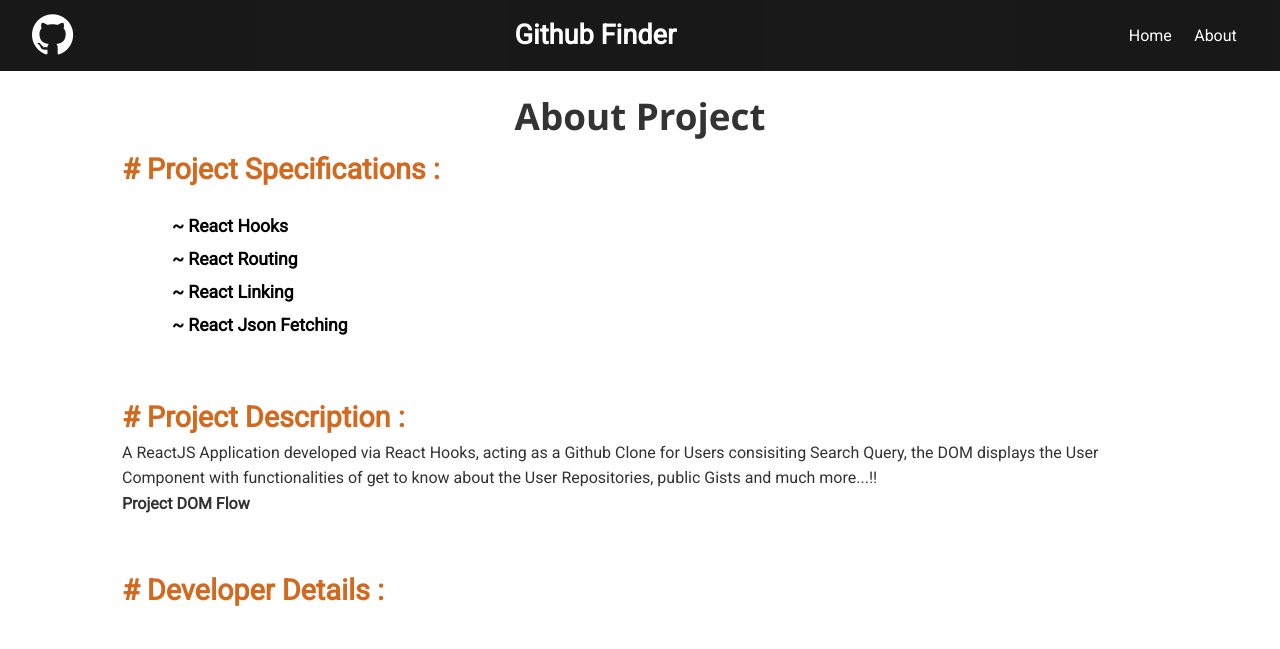
Repository: hemantsaini-7/ReactHooks-GitHub-Clone
Page: /about
An editor plug-in stored every save of this project. The page is shown before and after the next save, followed by the edit.
The browser window is 1280 px wide. The pictures show the whole page.
The project was rebuilt for these pictures with package versions that can differ from the ones it lists, and the page was loaded fresh each time. Also part of the build but not shown: src/components/users/UserItem.js, src/components/layout/Spinner.js, src/components/users/Users.js, src/components/repos/RepoItem.js, src/components/repos/Repos.js, src/components/users/User.js, src/components/users/Search.js, src/components/layout/Alert.js.

Above is the page before, as saved 2020-08-06 10:22:35.

After the next save:
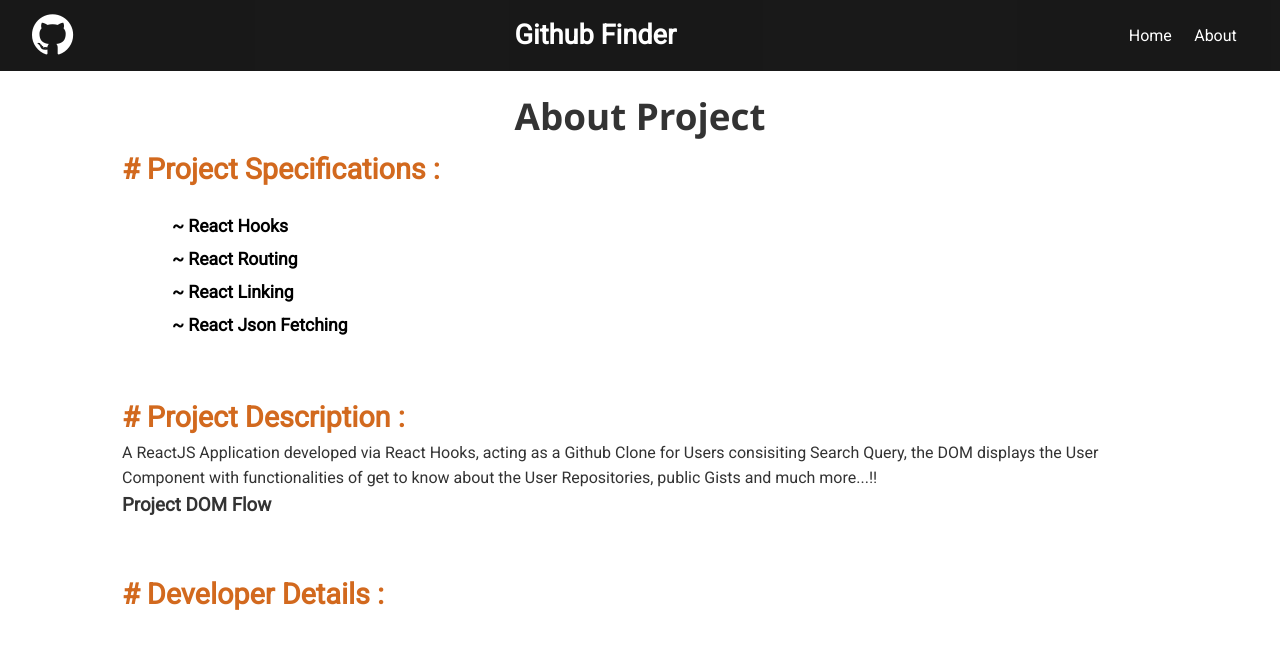
Saved 5 s later.
--- a/src/components/pages/About.js
+++ b/src/components/pages/About.js
@@ -21,7 +21,7 @@
           Component with functionalities of get to know about the User
           Repositories, public Gists and much more...!!
         </p>
-        <h4>Project DOM Flow</h4>
+        <h3>Project DOM Flow</h3>
       </div>
       <div className='content-div'>
         <h1 className='content-head'># Developer Details :</h1>
